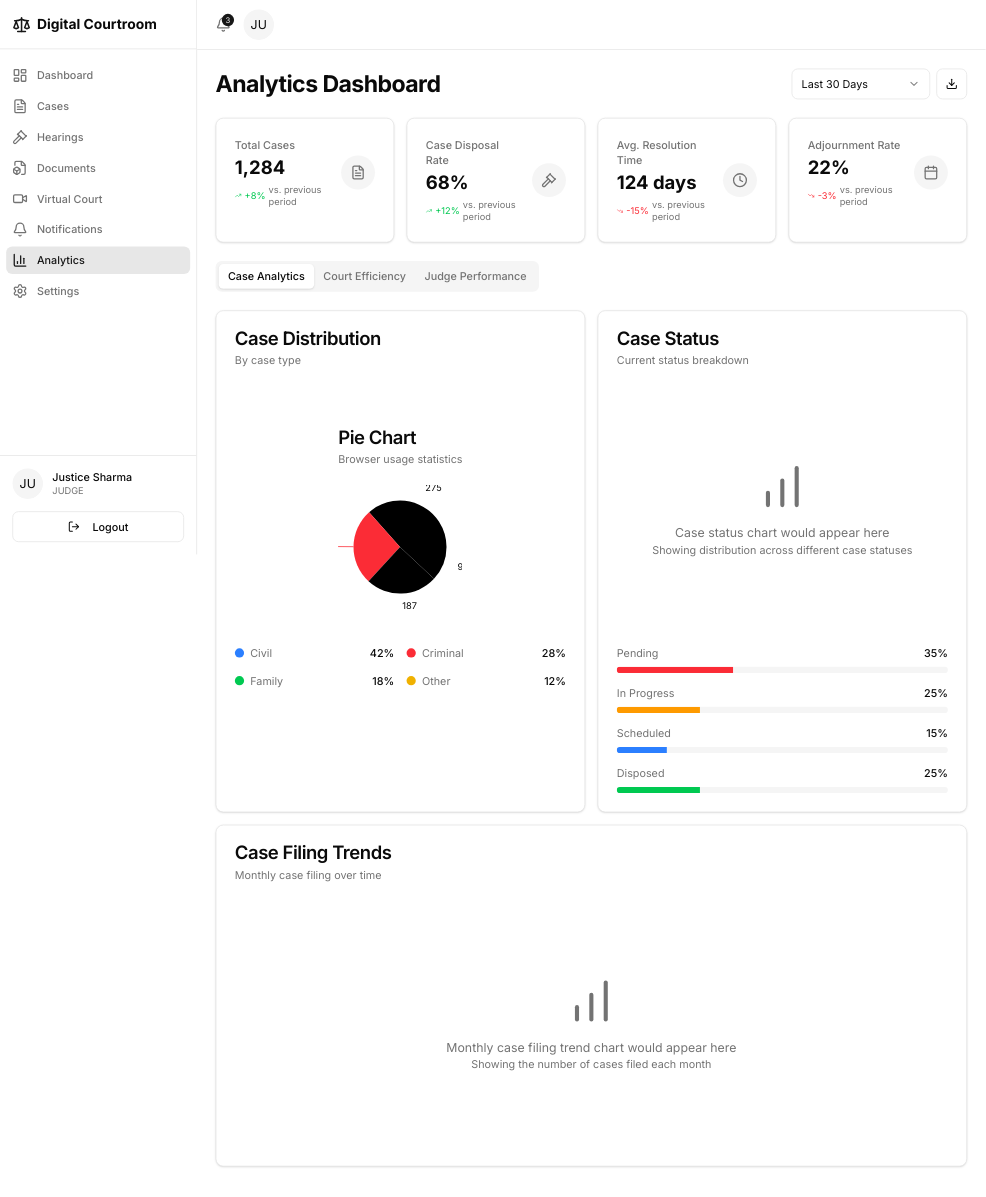
Repository: n0tank3sh/digicourt
Page: /analytics (app in frontend/)
The author's editor kept a copy of each file at every save. The page is drawn from the files as they stood at one save, then again after a run of saves.
The browser window is 1280 px wide. The pictures show the whole page, at 77% of full size.
The project was rebuilt for these pictures with package versions that can differ from the ones it lists, and the page was loaded fresh each time. The framework's server and built-in components were replaced by stand-ins that run in the browser. Also part of the build but not shown: frontend/next.config.ts.

Above is the page before, as saved 2025-03-26 22:02:55.

After the next 15 saves:
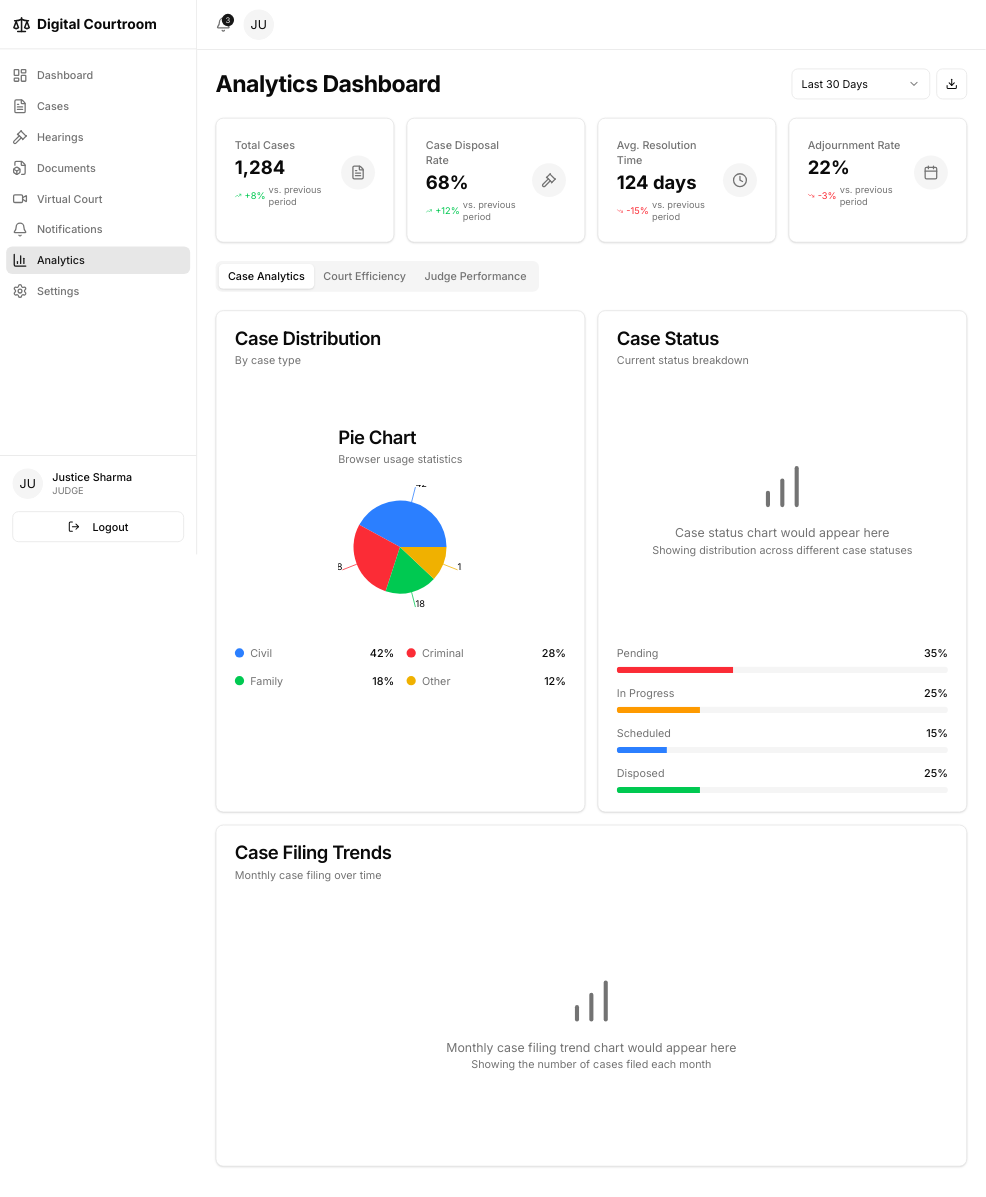
The 15 saves are shown as one change because they came seconds apart.
The last was saved 30 s later.
--- a/frontend/src/components/ui/piechart.tsx
+++ b/frontend/src/components/ui/piechart.tsx
@@ -16,10 +16,10 @@ import {
     ChartTooltipContent,
 } from "@/components/ui/chart"
 const chartData = [
-    { browser: "Civil", visitors: 275, fill: "var(--color-blue-400)" },
-    { browser: "Criminal", visitors: 200, fill: "var(--color-red-500)" },
-    { browser: "Family", visitors: 187, fill: "var(--color-familly)" },
-    { browser: "other", visitors: 90, fill: "var(--color-other)" },
+    { browser: "Civil", visitors: 42, fill: "var(--color-blue-500)" },
+    { browser: "Criminal", visitors: 28, fill: "var(--color-red-500)" },
+    { browser: "Family", visitors: 18, fill: "var(--color-green-500)" },
+    { browser: "other", visitors: 12, fill: "var(--color-yellow-500)" },
 ]
 const chartConfig = {
     visitors: {
